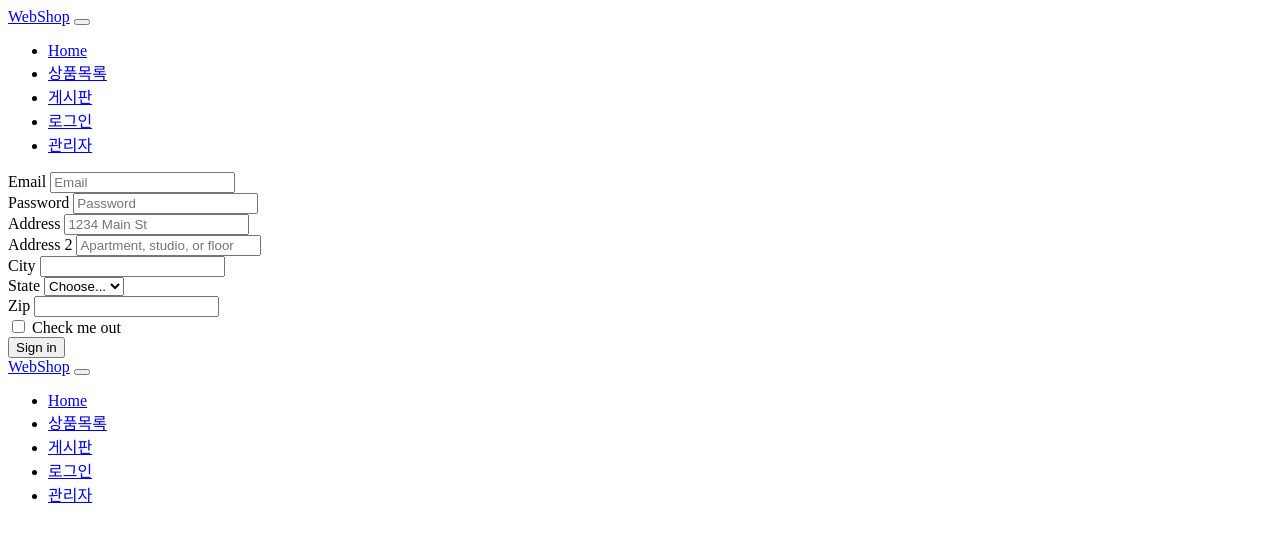
Repository: khss4008/JSP_project
Page: http://localhost/WebShop/member/joinMember.jsp
These files come from the project's save history. The page is drawn as it stood at one moment and after the next save; the edit follows.
The browser window is 1280 px wide. The pictures show the whole page.
The page is served by Tomcat 9. Other server files are loaded and not shown.

Above is the page before, as saved 2021-11-03 06:46:43.

### WebShop/WebContent/member/joinMember.jsp
<%@ page language="java" contentType="text/html; charset=UTF-8"
    pageEncoding="UTF-8"%>
<!DOCTYPE html>
<html>
<head>
<meta charset="UTF-8">
<title>Insert title here</title>
</head>
<body>
<jsp:include page = "/header.jsp"/>
<form>
  <div class="form-row">
    <div class="form-group col-md-6">
      <label for="inputEmail4">Email</label>
      <input type="email" class="form-control" id="inputEmail4" placeholder="Email">
    </div>
    <div class="form-group col-md-6">
      <label for="inputPassword4">Password</label>
      <input type="password" class="form-control" id="inputPassword4" placeholder="Password">
    </div>
  </div>
  <div class="form-group">
    <label for="inputAddress">Address</label>
    <input type="text" class="form-control" id="inputAddress" placeholder="1234 Main St">
  </div>
  <div class="form-group">
    <label for="inputAddress2">Address 2</label>
    <input type="text" class="form-control" id="inputAddress2" placeholder="Apartment, studio, or floor">
  </div>
  <div class="form-row">
    <div class="form-group col-md-6">
      <label for="inputCity">City</label>
      <input type="text" class="form-control" id="inputCity">
    </div>
    <div class="form-group col-md-4">
      <label for="inputState">State</label>
      <select id="inputState" class="form-control">
        <option selected>Choose...</option>
        <option>...</option>
      </select>
    </div>
    <div class="form-group col-md-2">
      <label for="inputZip">Zip</label>
      <input type="text" class="form-control" id="inputZip">
    </div>
  </div>
  <div class="form-group">
    <div class="form-check">
      <input class="form-check-input" type="checkbox" id="gridCheck">
      <label class="form-check-label" for="gridCheck">
        Check me out
      </label>
    </div>
  </div>
  <button type="submit" class="btn btn-primary">Sign in</button>
</form>
<jsp:include page = "/header.jsp"/>
</body>
</html>

### WebShop/WebContent/header.jsp
<%@ page language="java" contentType="text/html; charset=UTF-8"
    pageEncoding="UTF-8"%>



<nav class="navbar navbar-expand-lg navbar-dark bg-primary">
  <div class="container-fluid">
    <a class="navbar-brand" href="/">WebShop</a>
    <button class="navbar-toggler" type="button" data-bs-toggle="collapse" data-bs-target="#navbarText" aria-controls="navbarText" aria-expanded="false" aria-label="Toggle navigation">
      <span class="navbar-toggler-icon"></span>
    </button>
    <div class="collapse navbar-collapse" id="navbarText">
      <ul class="navbar-nav me-auto mb-2 mb-lg-0">
        <li class="nav-item">
          <a class="nav-link active" aria-current="page" href="/">Home</a>
        </li>
        <li class="nav-item">
          <a class="nav-link" href="/product/products.jsp">상품목록</a>
        </li>
        <li class="nav-item">
          <a class="nav-link" href="#">게시판</a>
        </li>
        <li class="nav-item">
          <a class="nav-link" href="/member/loginMember.jsp">로그인</a>
        </li>
        <li class="nav-item">
          <a class="nav-link" href="#">관리자</a>
        </li>

      </ul>
      <span class="navbar-text">
      </span>
    </div>
  </div>
</nav>

After the next save:
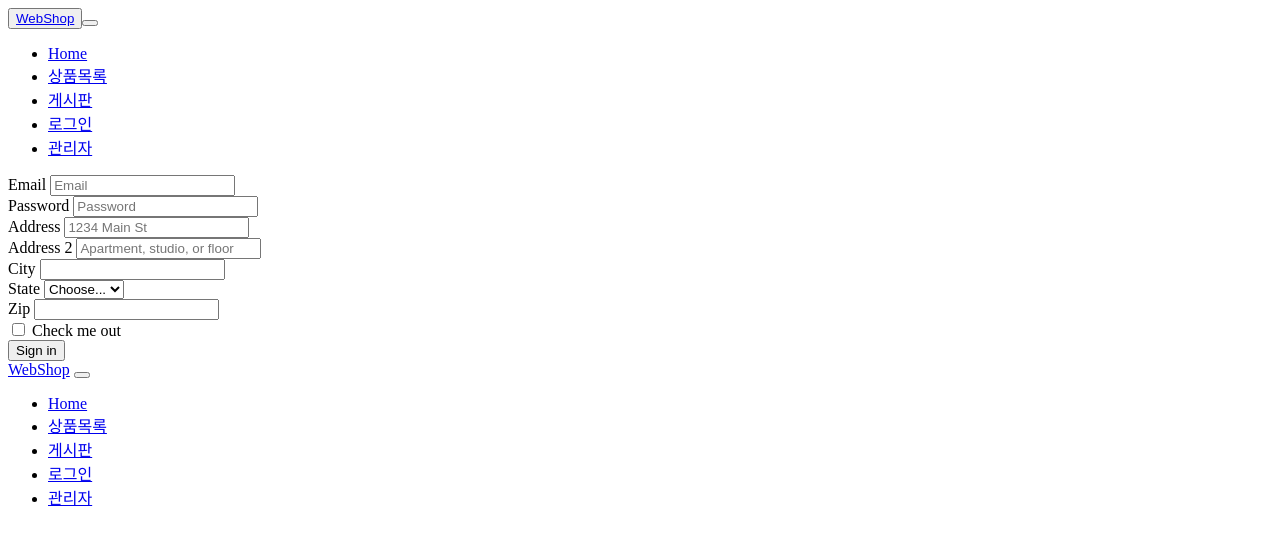
Saved 62 s later.
--- a/WebShop/WebContent/member/joinMember.jsp
+++ b/WebShop/WebContent/member/joinMember.jsp
@@ -3,6 +3,7 @@
 <!DOCTYPE html>
 <html>
 <head>
+<button class="navbar-toggler" type="button" data-bs-toggle="collapse" data-bs-target="#navbarText" aria-controls="navbarText" aria-expanded="false" aria-label="Toggle navigation">
 <meta charset="UTF-8">
 <title>Insert title here</title>
 </head>

After the 3 saves that followed:
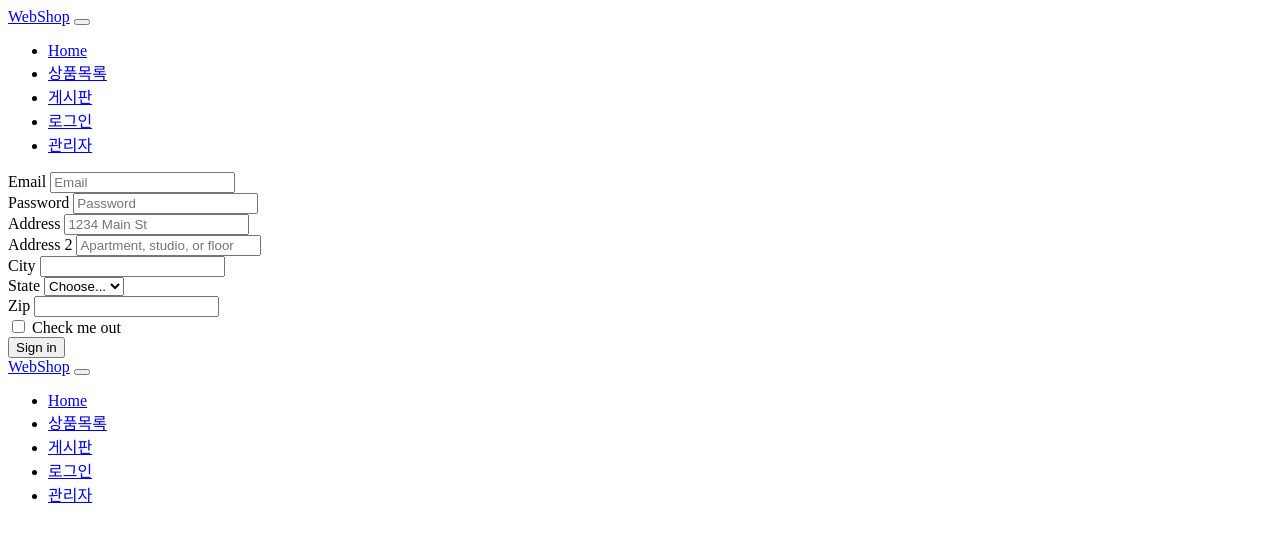
The 3 saves are shown as one change because 1 left the picture as it was and some came seconds apart.
The last was saved 19 s later.
--- a/WebShop/WebContent/member/joinMember.jsp
+++ b/WebShop/WebContent/member/joinMember.jsp
@@ -3,7 +3,6 @@
 <!DOCTYPE html>
 <html>
 <head>
-<button class="navbar-toggler" type="button" data-bs-toggle="collapse" data-bs-target="#navbarText" aria-controls="navbarText" aria-expanded="false" aria-label="Toggle navigation">
 <meta charset="UTF-8">
 <title>Insert title here</title>
 </head>
